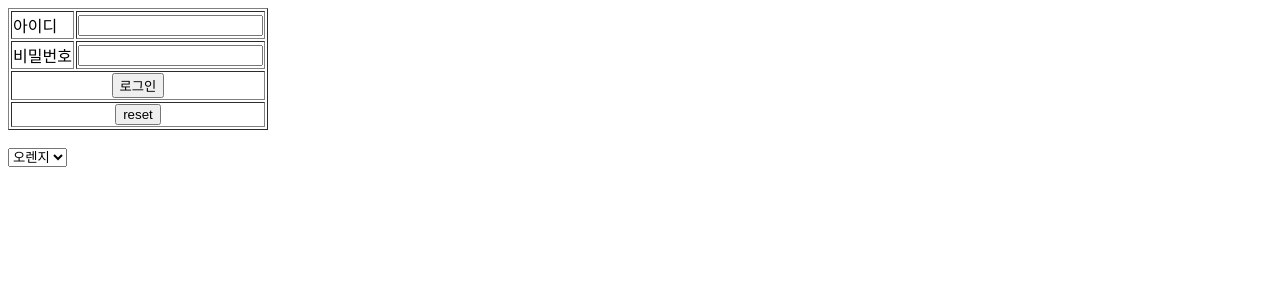
Repository: salee1023/JSP_Practice
Page: HTML_CSS_JS_practice01/src/main/webapp/form_tag.htm
These files come from the project's save history. The page is drawn as it stood at one moment and after the next save; the edit follows.
The browser window is 1280 px wide. The pictures show the whole page.

Above is the page before, as saved 2021-08-16 11:36:41.

After the next save:
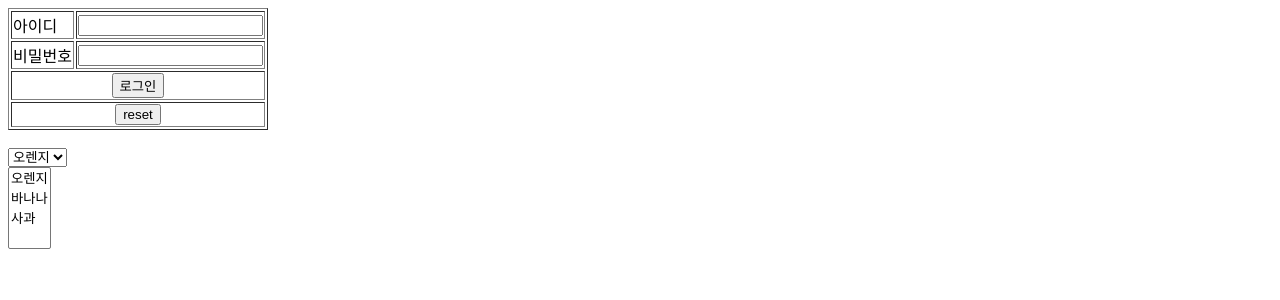
Saved 35 s later.
--- a/HTML_CSS_JS_practice01/src/main/webapp/form_tag.htm
+++ b/HTML_CSS_JS_practice01/src/main/webapp/form_tag.htm
@@ -87,6 +87,12 @@
 			<option value="banana">바나나</option>
 			<option value="apple">사과</option>
 		</select>
+		<br>
+		<select name="choice" multiple>
+			<option value="orange">오렌지</option>
+			<option value="banana">바나나</option>
+			<option value="apple">사과</option>
+		</select>
 
 	</form>
 </body>
